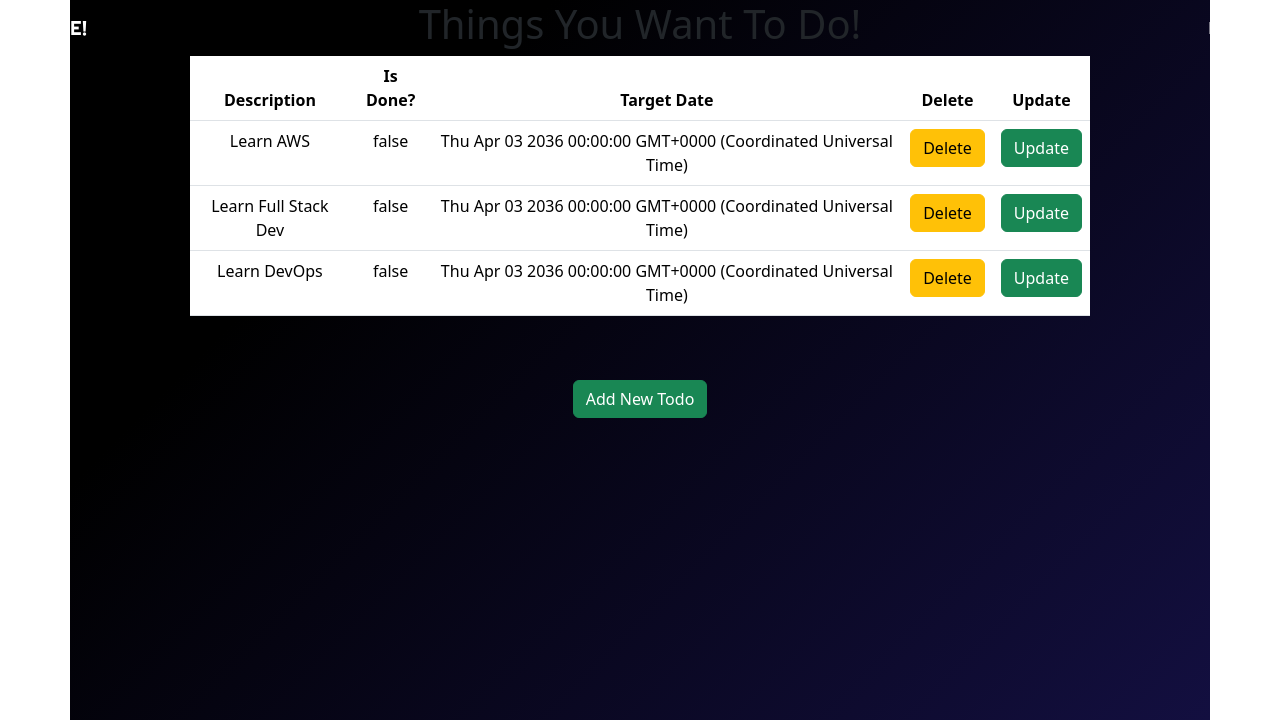
Repository: oboioz/SimpleTodoApp
Page: /todos (app in SimpleTodoAppFrontEnd/todo-app/)
The author's editor kept a copy of each file at every save. The page is drawn from the files as they stood at one save, then again after the next save.
The browser window is 1280 px wide. The pictures show the whole page.
The project was rebuilt for these pictures with package versions that can differ from the ones it lists, and the page was loaded fresh each time. Also part of the build but not shown: SimpleTodoAppFrontEnd/todo-app/src/components/todo/Login/LoginComponent.jsx, SimpleTodoAppFrontEnd/todo-app/src/components/todo/Welcome/WelcomeStyle.css, SimpleTodoAppFrontEnd/todo-app/src/components/todo/Welcome/WelcomeComponent.jsx, SimpleTodoAppFrontEnd/todo-app/src/components/todo/error/ErrorComponent.jsx, SimpleTodoAppFrontEnd/todo-app/src/components/todo/logout/LogOutComponent.jsx.

Above is the page before, as saved 2024-04-07 04:23:29.

After the next save:
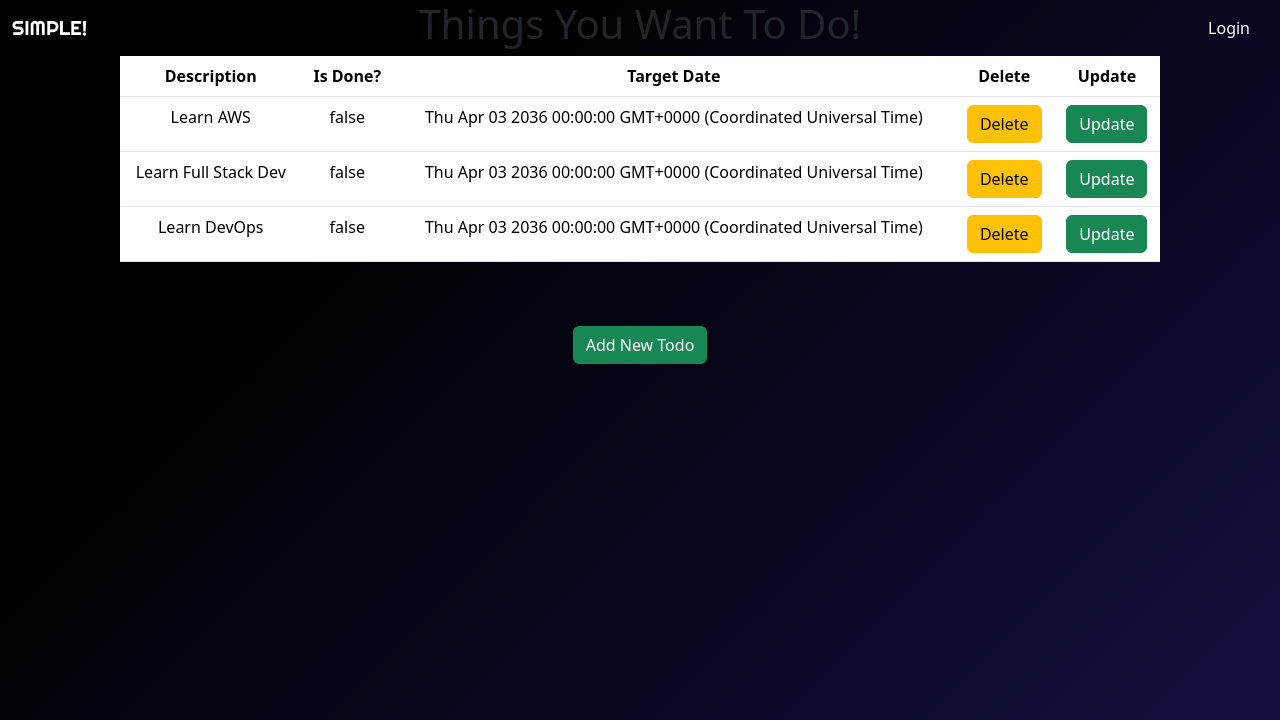
Saved 48 s later.
--- a/SimpleTodoAppFrontEnd/todo-app/src/components/todo/list-todo/ListTodoComponent.jsx
+++ b/SimpleTodoAppFrontEnd/todo-app/src/components/todo/list-todo/ListTodoComponent.jsx
@@ -26,7 +26,7 @@ function ListTodoComponent() {
     }
 
     return (
-        <div className="ListTodo container">
+        <div className="ListTodo container-fluid">
             <h1>Things You Want To Do!</h1>
 
 
